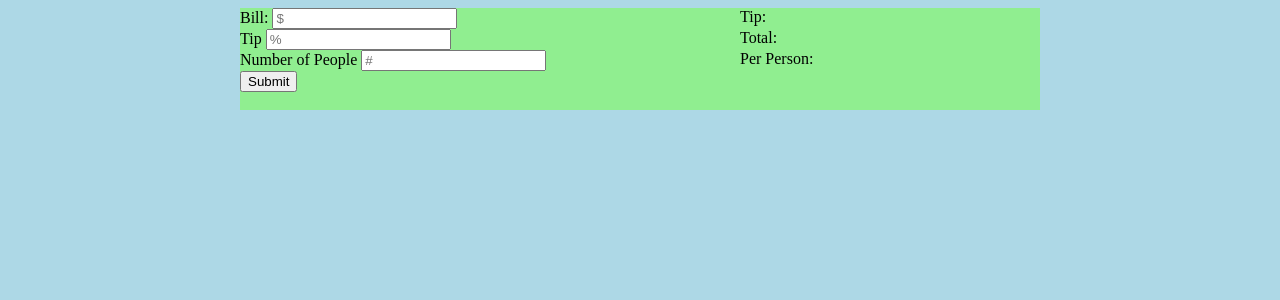
Repository: SamirIngley/Tip-Calculator
Page: tip_display.html
An editor plug-in stored every save of this project. The page is shown before and after the next save, followed by the edit.
The browser window is 1280 px wide. The pictures show the whole page.

Above is the page before, as saved 2020-02-13 10:05:04.

### tip_display.html
<!DOCTYPE html>
<html lang="en">
<head>
    <meta charset="UTF-8">
    <meta name="viewport" content="width=device-width, initial-scale=1.0">
    <meta http-equiv="X-UA-Compatible" content="ie=edge">
    <link href="style.css" rel="stylesheet">
    <title>Tip Calculator</title>
</head>
<body>

    <form id='form' class='form'>
        <div class='bill'>
            <label>Bill:</label>
            <input id='bill' type="number" name="bill" placeholder="$">
        </div>
        <br>
        <div class='tip'>
            <label>Tip</label>
            <input id='tip' type="number" name="tip" placeholder="%">
        </div>
        <br>
        <div class='numppl'>
            <label>Number of People</label>
            <input id='numppl' type="number" name="numppl" placeholder="#">
        </div>
        <br>
        <div class='submit'>
            <input type="submit" name="submit" value="Submit">
        </div>

        <div id='tip-display' class="tip-disp">
            Tip:
        </div>

        <div id='total-display' class="total-disp">
            Total:
        </div>

        <div id='total-pp-display' class="pp-disp">
            Per Person:
        </div>

    </div>

</body>



    <script>

        const inputBill = document.getElementById('bill')
        const inputTip = document.getElementById('tip')
        const inputNumppl = document.getElementById('numppl')
        const form = document.getElementById('form')
        const displayTip = document.getElementById('tip-display')
        const displayTotal = document.getElementById('total-display')
        const displayTotalPP = document.getElementById('total-pp-display')


        function calculateTip() {

            const bill = parseInt(inputBill.value)
            const people = inputNumppl.value
            const percent = inputTip.value
            const tip = bill * percent / 100
            const total = bill + tip
            const totalPP = total / people
            console.log(bill)
            console.log(percent)
            console.log(total)
            console.log(tip)
            console.log(people)
            console.log(totalPP)

            displayTip.innerHTML = `Tip: $${tip.toFixed(2)}`
            displayTotal.innerHTML = `Total: $${total.toFixed(2)}`
            displayTotalPP.innerHTML = `Per Person: $${totalPP.toFixed(2)}`
        }



        form.addEventListener("submit", function(e) {
            e.preventDefault()
            calculateTip()
        })

        // inputBill.addEventListnener('change', function(e) {
        //     console.log(inputBill.value)
        //     const newBillAMount = parseFloat(e.target.value)

        // })

    </script>



</body>
</html>

### style.css
body {
    background-color: lightblue;
    justify-content: center;
    align-items: center;
    /* margin: 100px; */
    /* padding: 100px; */
    display: flex;
}

.form {
    background-color: lightgreen;
    display: grid;
    grid-template-columns: 500px 300px;
    /* grid-template-rows: repeat(4, 1fr); */
    /* height: 500px; */
    /* width: 800px; */
    grid-template-areas: "b d"
                         "t y"
                         "n p"
                         "s ."

}


/*
.form {
    display: block;
    font-family: Arial, Helvetica, sans-serif;
    font-size: 36px;
    justify-content: center;
    align-items: center;
    text-align: center;
    margin: 10px;
    padding: 50px;
} */

.form .div {
    height: 500px;
    width: 500px;
}

.bill {
    grid-area: b;
}

.tip {
    grid-area: t;
}

.numppl {
    grid-area: n;
}

.submit {
    grid-area: s;
}


.tip-disp {
    grid-area: d;
}

.total-disp {
    grid-area: y
}

.pp-disp {
    grid-area: p
}

After the next save:
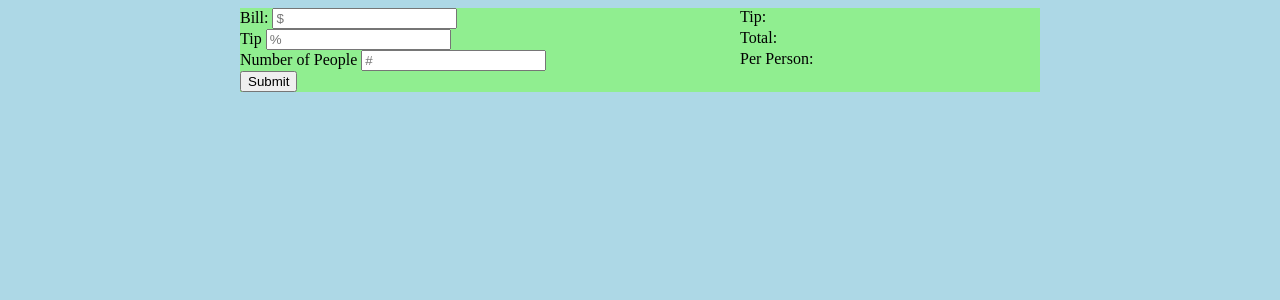
Saved 2 min 37 s later.
--- a/tip_display.html
+++ b/tip_display.html
@@ -14,17 +14,14 @@
             <label>Bill:</label>
             <input id='bill' type="number" name="bill" placeholder="$">
         </div>
-        <br>
         <div class='tip'>
             <label>Tip</label>
             <input id='tip' type="number" name="tip" placeholder="%">
         </div>
-        <br>
         <div class='numppl'>
             <label>Number of People</label>
             <input id='numppl' type="number" name="numppl" placeholder="#">
         </div>
-        <br>
         <div class='submit'>
             <input type="submit" name="submit" value="Submit">
         </div>
